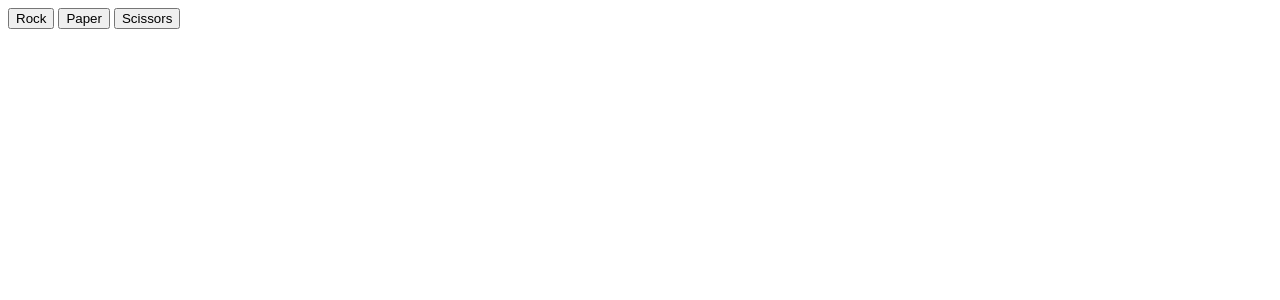
Repository: Pafestivo/rock-paper-scissors
Page: index.html
An editor plug-in stored every save of this project. The page is shown before and after the next save, followed by the edit.
The browser window is 1280 px wide. The pictures show the whole page.

Above is the page before, as saved 2022-10-14 14:18:18.

### index.html
<!DOCTYPE html>
<html lang="en">
<head>
  <meta charset="UTF-8">
  <meta name="viewport" content="width=device-width, initial-scale=1.0">
  <link rel="stylesheet" href="styles.css">
  <script src="js-file.js" defer></script>
  <title>Document</title>
</head>
<body>
  <button id="rock">Rock</button>
  <button id="paper">Paper</button>
  <button id="scissors">Scissors</button>

  <div id="results">

  </div>
</body>
</html>

### styles.css
#results {
  background-color: red;
}

### js-file.js
//round logic
function playRound(playerSelection, computerSelection) {
  let log = ""

  if (
    (playerSelection === "Rock" && computerSelection === "Paper") ||
    (playerSelection === "Paper" && computerSelection === "Scissors") ||
    (playerSelection === "Scissors" && computerSelection === "Rock")
    ) {
    log = "You lost this round!"
  }
  else if (
    (playerSelection === "Paper" && computerSelection === "Rock") ||
    (playerSelection === "Rock" && computerSelection === "Scissors") ||
    (playerSelection === "Scissors" && computerSelection === "Paper")
  ) {
    log = "You won this round!"
  }
  else if (
    (playerSelection === "Rock" && computerSelection === "Rock") ||
    (playerSelection === "Paper" && computerSelection === "Paper") ||
    (playerSelection === "Scissors" && computerSelection === "Scissors")
  ) {
    log = "This round is a draw!"
  }
  else { //input doesn't match rock, paper, or scissors.
    log = "ERROR! Please choose a valid value."
  }

  return log;
};

//computer selection
function getComputerChoice() {
  const possibleChoices = ["Rock", "Paper", "Scissors"];
  const randomize = Math.floor(Math.random() * possibleChoices.length);
  return(possibleChoices[randomize]);
};


const results = document.querySelector('#results');


//function for each player selection
function rockRound() {
  let computerSelection = getComputerChoice();
  console.log(computerSelection);

  const para = document.createElement('p');
  para.textContent = playRound("Rock", computerSelection);
  results.appendChild(para);
};

function paperRound() {
  let computerSelection = getComputerChoice();
  console.log(computerSelection);

  const para = document.createElement('p');
  para.textContent = playRound("Rock", computerSelection);
  results.appendChild(para);
};

function scissorsRound() {
  let computerSelection = getComputerChoice();
  console.log(computerSelection);

  const para = document.createElement('p');
  para.textContent = playRound("Rock", computerSelection);
  results.appendChild(para);
};
//end of player selection functions


//adding event listeners to each button
const rock = document.querySelector('#rock');
rock.addEventListener("click", rockRound);

const paper = document.querySelector('#paper');
paper.addEventListener("click", paperRound);

const scissors = document.querySelector('#scissors');
scissors.addEventListener("click", scissorsRound);

After the next save:
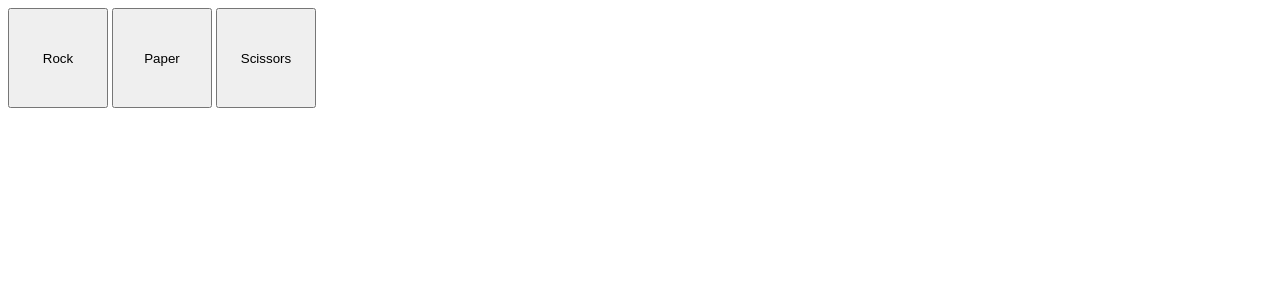
Saved 40 s later.
--- a/styles.css
+++ b/styles.css
@@ -1,3 +1,4 @@
-#results {
-  background-color: red;
+button {
+  width: 100px;
+  height: 100px;
 }
